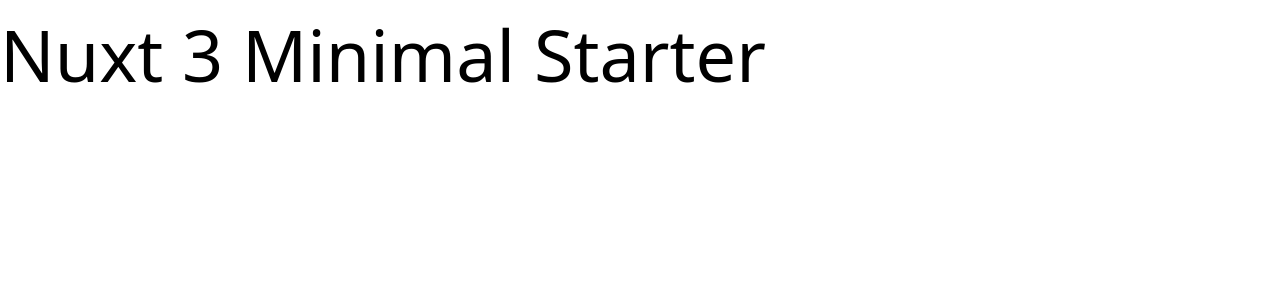
Repository: Freezler/nuxt
Page: /
These files come from the project's save history. The page is drawn as it stood at one moment and after a run of saves; the edit follows.
The browser window is 1280 px wide. The pictures show the whole page.
The project was rebuilt for these pictures with package versions that can differ from the ones it lists, and the page was loaded fresh each time. The framework's server and built-in components were replaced by stand-ins that run in the browser. Also part of the build but not shown: nuxt.config.ts.

Above is the page before, as saved 2024-08-02 21:00:09.

After the next 2 saves:
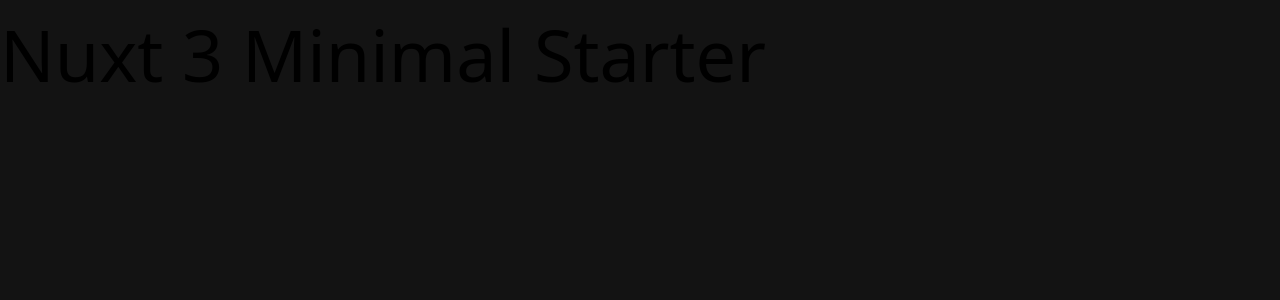
The 2 saves are shown as one change because they came seconds apart.
The last was saved 6 s later.
--- a/assets/css/main.css
+++ b/assets/css/main.css
@@ -3,5 +3,6 @@
 @tailwind utilities;
 
 * {
-	background: linear-gradient();
+	background: linear-gradient(#131313, #131313) padding-box,
+	linear-gradient(45deg, #ff0000, #ff7300, #fffb00, #48ff00, #00ffd5, #002bff, #7a00ff, #ff00c8, #ff0000) border-box;
 }
